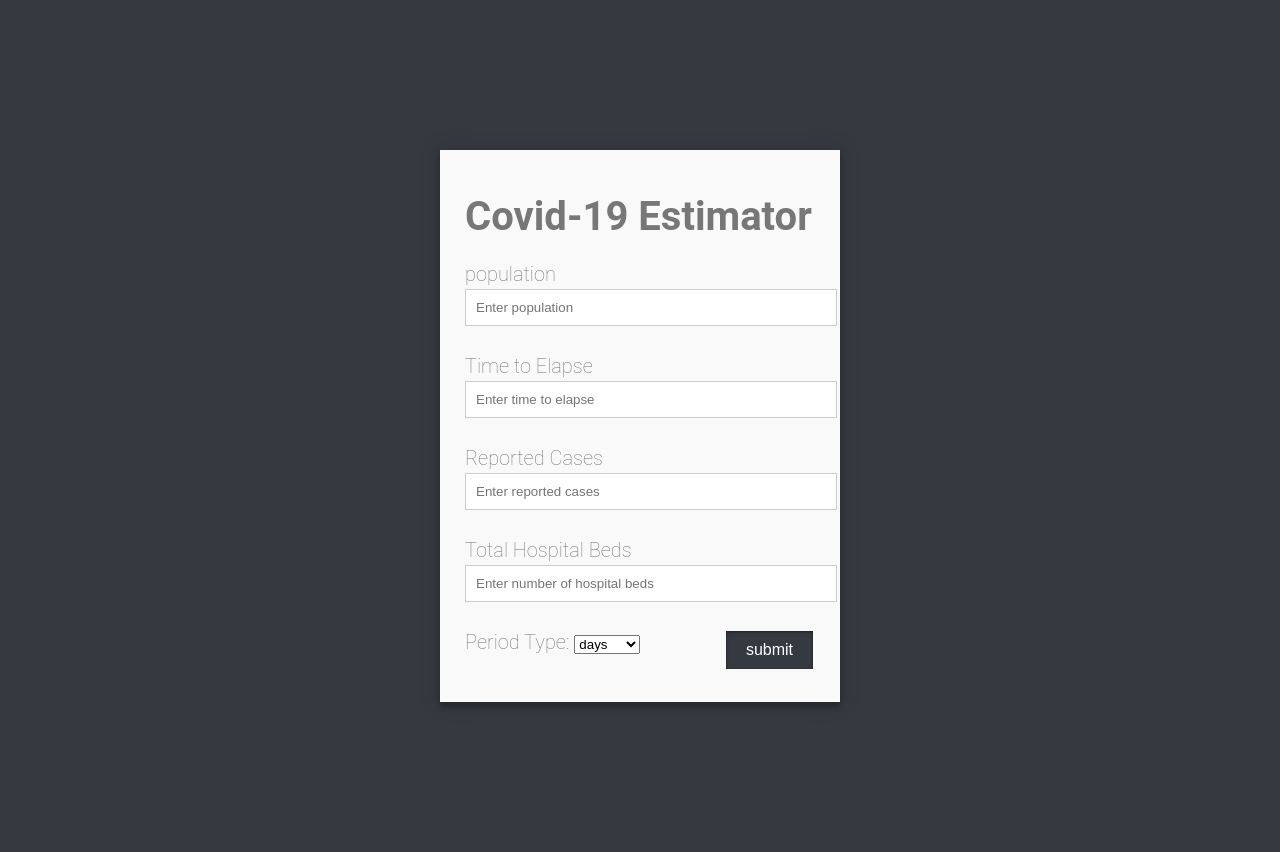
Repository: AbonyiXavier/FrontendUI--challenge-4
Page: index.html
These files come from the project's save history. The page is drawn as it stood at one moment and after the next save; the edit follows.
The browser window is 1280 px wide. The pictures show the whole page.

Above is the page before, as saved 2020-04-11 23:37:37.

### index.html
<!DOCTYPE html>
<html lang="en">
  <head>
    <meta charset="UTF-8" />
    <meta name="viewport" content="width=device-width, initial-scale=1.0" />
    <title>COVID-19 Estimator</title>
    <!-- <link rel="stylesheet" href="./CSS/bootstrap.css" /> -->
    <link rel="stylesheet" href="./CSS/style.css" />
  </head>
  <body>
    <div class="container">
      <form id="form">
        <div class="header">
          <h1>Covid-19 Estimator</h1>
        </div>
        <p>
          <label for="population">
            population
          </label>
          <input
            type="number"
            placeholder="Enter population"
            name="population"
            id="population"
            data-population
            required
          />
        </p>
        <p>
          <label for="time-to-elapse">Time to Elapse</label>
          <input
            type="number"
            placeholder="Enter time to elapse"
            id="time-to-elapse"
            name="Time-to-Elapse"
            data-time-to-elapse
            required
          />
        </p>
        <p>
          <label for="reported-cases">Reported Cases</label>
          <input
            type="number"
            placeholder="Enter reported cases"
            name="Reported-Cases"
            id="reported-cases"
            data-reported-cases
            required
          />
        </p>
        <p>
          <label for="total-hospital-beds">Total Hospital Beds</label>
          <input
            type="number"
            placeholder="Enter number of hospital beds"
            name="total-hospital-beds"
            id="total-hospital-beds"
            data-total-hospital-beds
            required
          />
        </p>
        <p>
          <label for="period-type">Period Type:</label>
          <select id="period-type" data-period-type required>
            <option value="days">days</option>
            <option value="weeks">weeks</option>
            <option value="months">months</option>
          </select>
          <button name="submit" type="submit" id="submit" data-go-estimate>
            submit
          </button>
        </p>
      </form>
    </div>
    <!-- <script src="./js/jquery.js"></script>
    <script src="./js/bootstrap.js"></script> -->
  </body>
</html>

### CSS/style.css
body {
    font-family: "Roboto", Helvetica, Arial, sans-serif;
    font-weight: 100;
    font-size: 20px;
    line-height: 30px;
    color: #777;
    background: #343a40;
}


.container {
    max-width: 400px;
    width: 100%;
    margin: 0 auto;
    position: relative;
}

#form input[type="text"],
#form input[type="number"] #form button[type="submit"] {
    font: 400 12px/16px "Roboto", Helvetica, Arial, sans-serif;
}

#form {
    background: #F9F9F9;
    padding: 25px;
    margin: 150px 0;
    box-shadow: 0 0 20px 0 rgba(0, 0, 0, 0.2), 0 5px 5px 0 rgba(0, 0, 0, 0.24);
}

#form h4 {
    display: block;
    font-size: 20px;
    font-weight: 300;
    margin-bottom: 10px;
}

#form input[type="number"] {
    width: 100%;
    border: 1px solid #ccc;
    background: #FFF;
    margin: 0 0 5px;
    padding: 10px;
}

#form button[type="submit"] {
    box-shadow: inset 0 1px 3px rgba(0, 0, 0, 0.5);
}

button {
    float: right;
    background-color: #343a40;
    border: none;
    color: white;
    padding: 10px 20px;
    text-align: center;
    font-size: 16px;
    margin: 4px 2px;

    cursor: pointer;
}

#form input:focus {
    outline: 0;
    border: 1px solid #aaa;
}

label {
    color: dark;
}

After the next save:
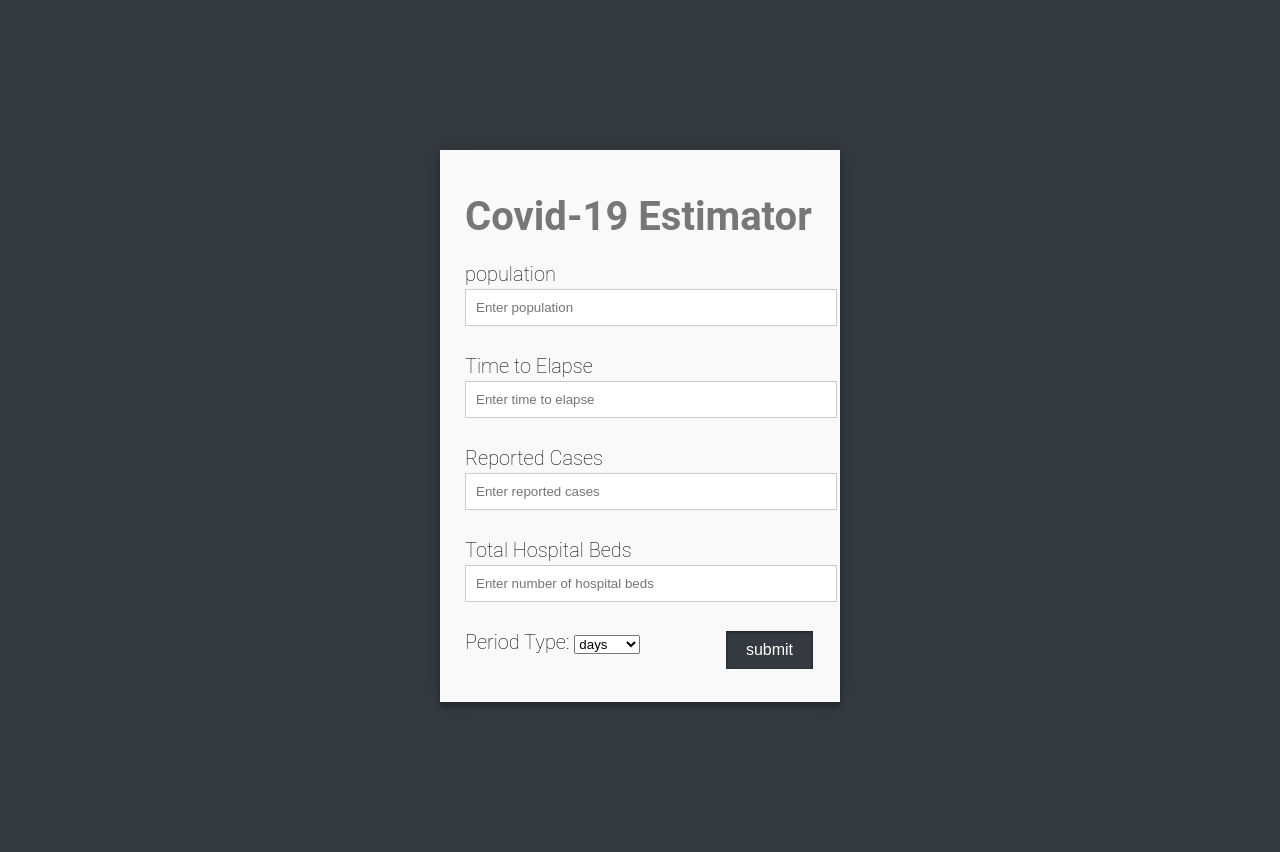
Saved 25 s later.
--- a/CSS/style.css
+++ b/CSS/style.css
@@ -65,5 +65,5 @@ button {
 }
 
 label {
-    color: dark;
+    color: black;
 }
